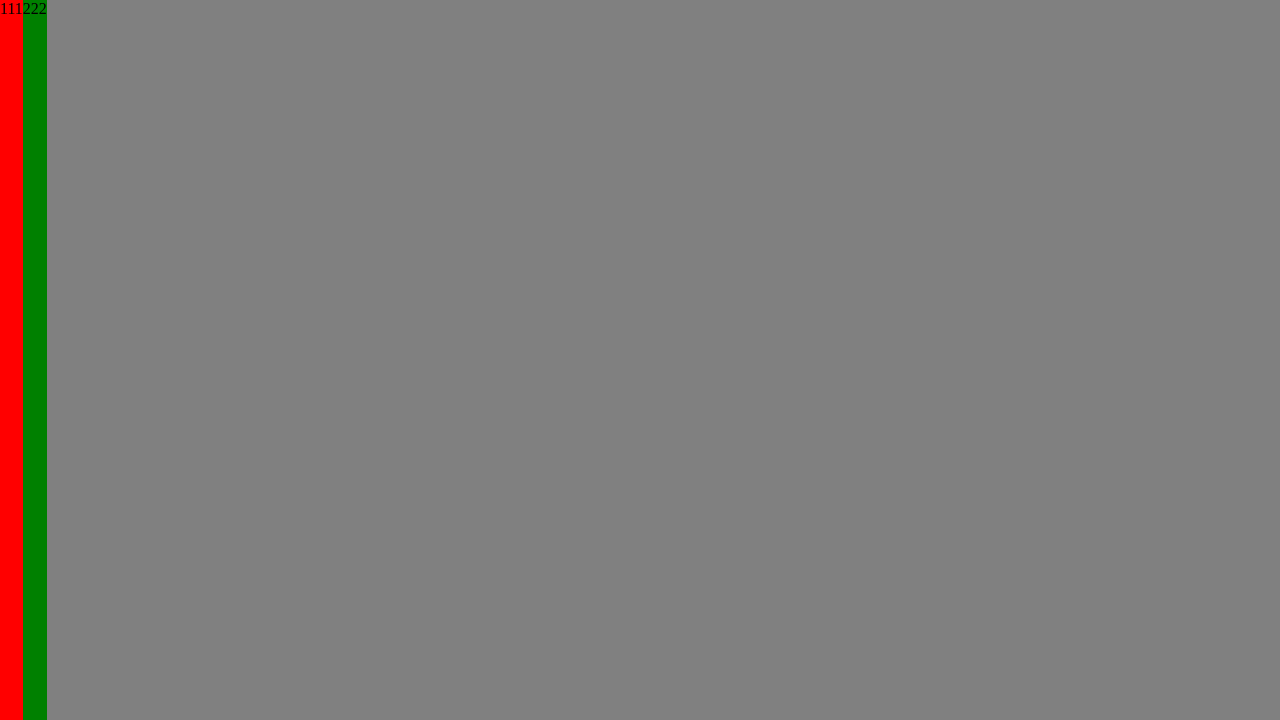
Repository: lihaitao123321/vue-demo-1
Page: /
An editor plug-in stored every save of this project. The page is shown before and after the next save, followed by the edit.
The browser window is 1280 px wide. The pictures show the whole page.
The project was rebuilt for these pictures with package versions that can differ from the ones it lists, and the page was loaded fresh each time.

Above is the page before, as saved 2021-12-20 10:15:23.

### src/App.vue
<template>
  <div id="app">
    <div class="div1">
      111
    </div>
    <div class="div2">
      222
    </div>
    <!-- <img alt="Vue logo" src="./assets/logo.png"> -->
    <!-- <HelloWorld msg="Welcome to Your Vue.js App" /> -->
  </div>
</template>

<script>
// import HelloWorld from './components/HelloWorld.vue'

export default {
  name: 'App',
  components: {
    // HelloWorld
  }
}
</script>

<style>
html,
body {
  margin: 0;
  padding: 0;
}
#app {
  background-color: gray;
  height: 100vh;
  display: flex;
  flex-direction: row;
}
.div1 {
  background-color: red;
}
.div2 {
  background-color: green;
}
</style>

Loaded but not shown: public/index.html (common file); src/main.js (common file)

After the next save:
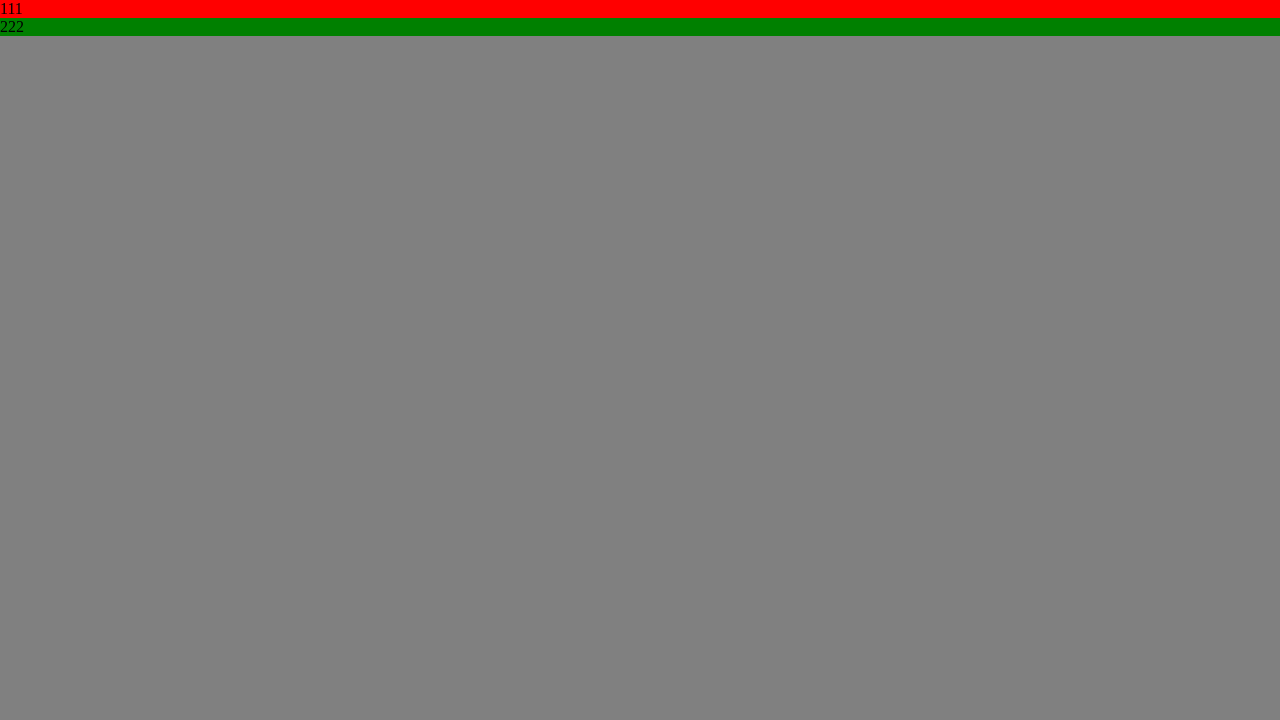
Saved 30 s later.
--- a/src/App.vue
+++ b/src/App.vue
@@ -32,7 +32,8 @@
   background-color: gray;
   height: 100vh;
   display: flex;
-  flex-direction: row;
+  /* flex-direction: row; */
+  flex-direction: column;
 }
 .div1 {
   background-color: red;

After the 3 saves that followed:
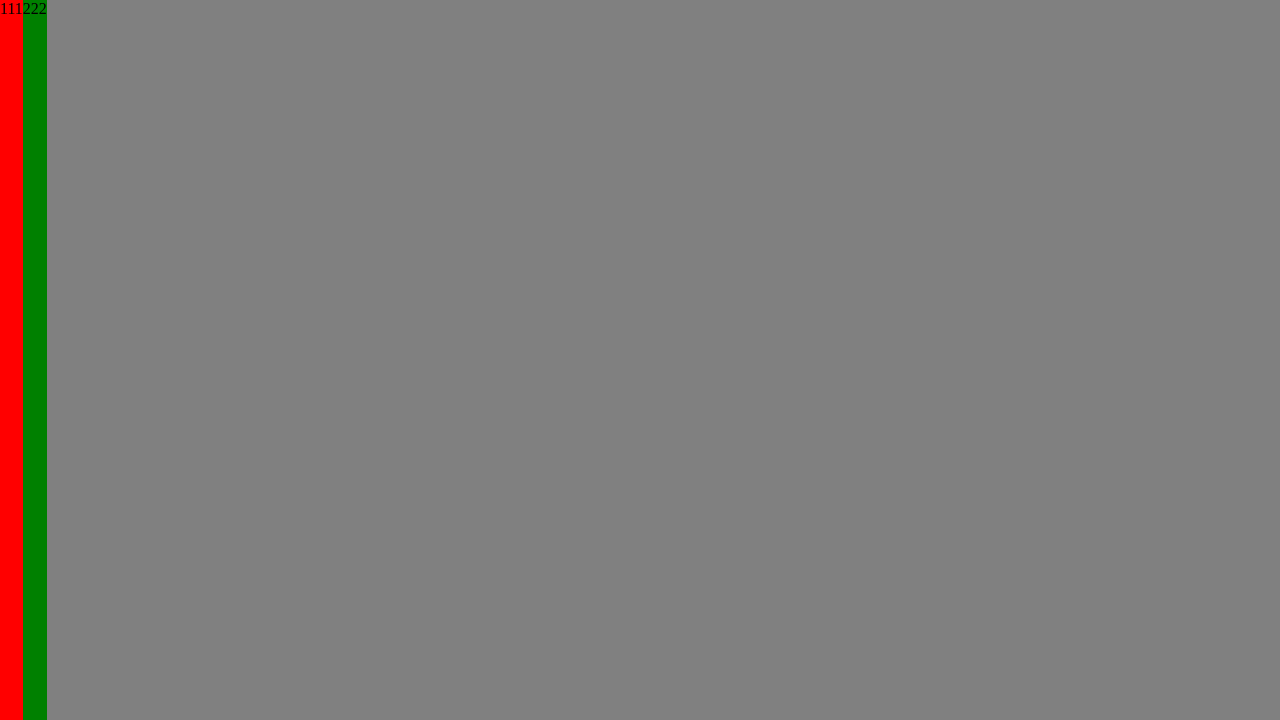
The 3 saves are shown as one change because 2 left the picture as it was.
The last was saved 2 min 35 s later.
--- a/src/App.vue
+++ b/src/App.vue
@@ -32,8 +32,7 @@
   background-color: gray;
   height: 100vh;
   display: flex;
-  /* flex-direction: row; */
-  flex-direction: column;
+  /*flex-direction: column;纵向排列 */
 }
 .div1 {
   background-color: red;
